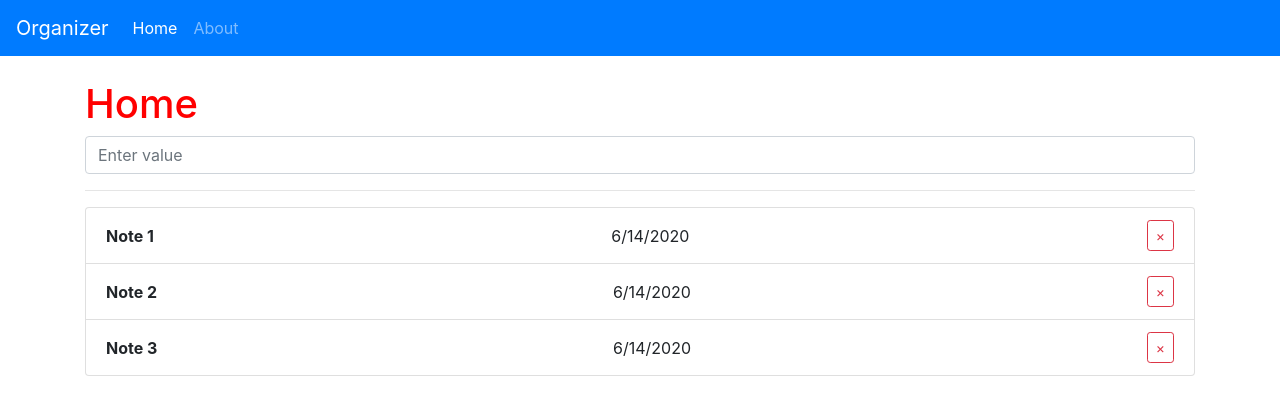
Repository: GregorPiev/orginizer-react-advanced
Page: /
An editor plug-in stored every save of this project. The page is shown before and after the next save, followed by the edit.
The browser window is 1280 px wide. The pictures show the whole page.
The project was rebuilt for these pictures with package versions that can differ from the ones it lists, and the page was loaded fresh each time. Also part of the build but not shown: src/pages/About/About.scss, src/pages/About/About.js.

Above is the page before, as saved 2020-08-24 11:32:50.

After the next save:
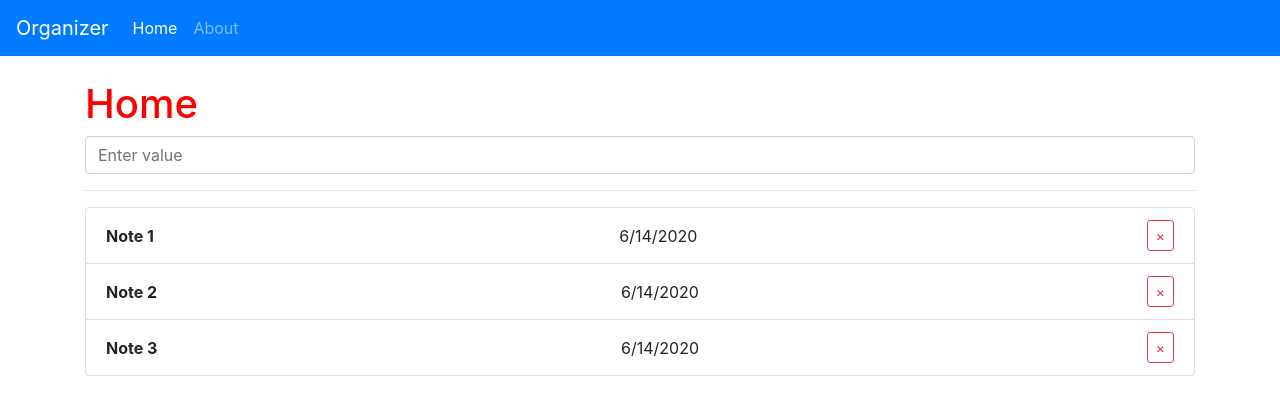
Saved 42 s later.
--- a/src/components/ComponentsStyle.scss
+++ b/src/components/ComponentsStyle.scss
@@ -2,4 +2,7 @@
 	display: flex;
 	justify-content: space-between;
 	align-items: center;
+	strong {
+		margin-right: 1rem;
+	}
 }
